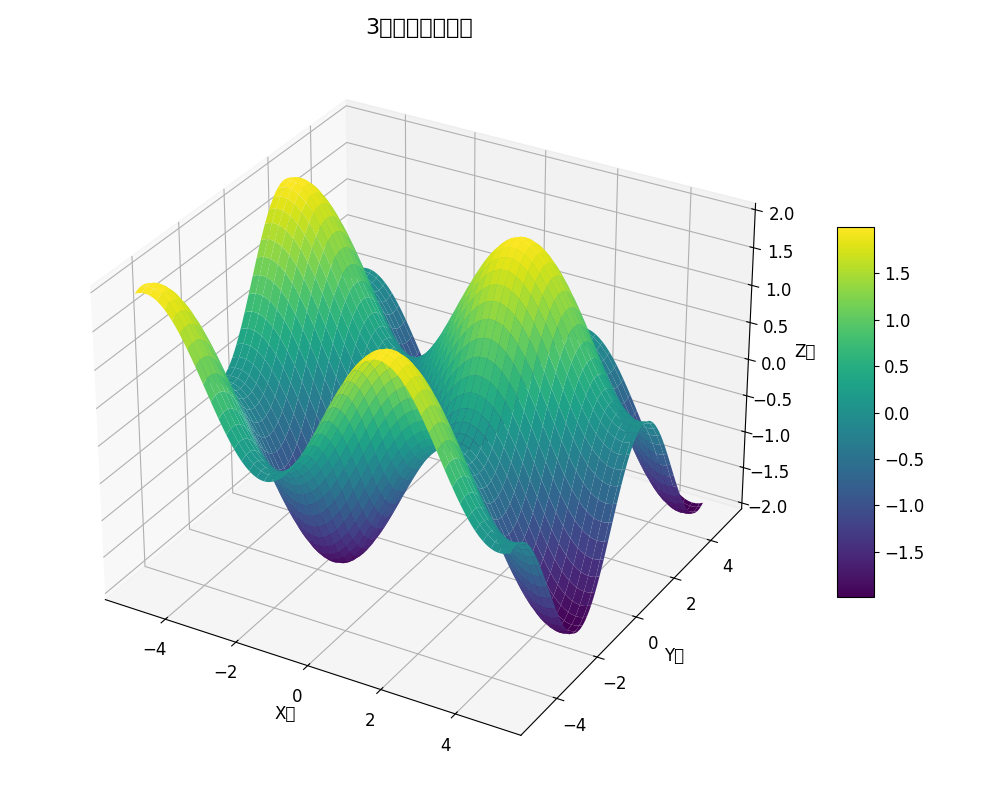
Repository: gouyamada/draw_surface
Script's output: python src/draw_surface.py
An editor plug-in stored every save of this project. The script's output is shown before and after the next save, followed by the edit.
Random numbers start from a fixed seed.

Above is the script's output before, as saved 2025-07-28 15:43:47.

After the next save:
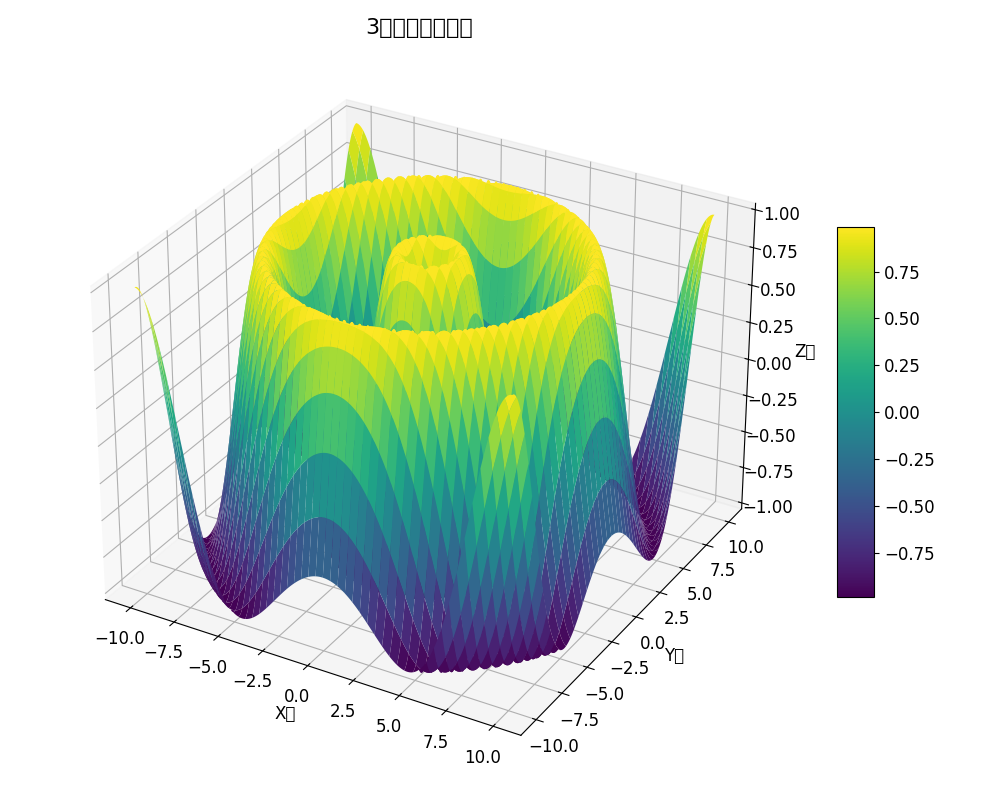
Saved 96 s later.
--- a/src/draw_surface.py
+++ b/src/draw_surface.py
@@ -16,7 +16,7 @@ def surface_setting(x, y):
     """
     描画する曲面の関数を定義する関数
     """
-    z = np.sin(x) + np.sin(y)
+    z = np.sin(np.sqrt(x**2 + y**2))
     return z
 
 
@@ -28,8 +28,8 @@ def draw_surface():
     ax = cast(Axes3D, fig.add_subplot(111, projection="3d"))
 
     # x, y の範囲を設定する
-    x = np.linspace(-5, 5, 100)
-    y = np.linspace(-5, 5, 100)
+    x = np.linspace(-10, 10, 1000)
+    y = np.linspace(-10, 10, 1000)
     X, Y = np.meshgrid(x, y)
     Z = surface_setting(X, Y)
 
